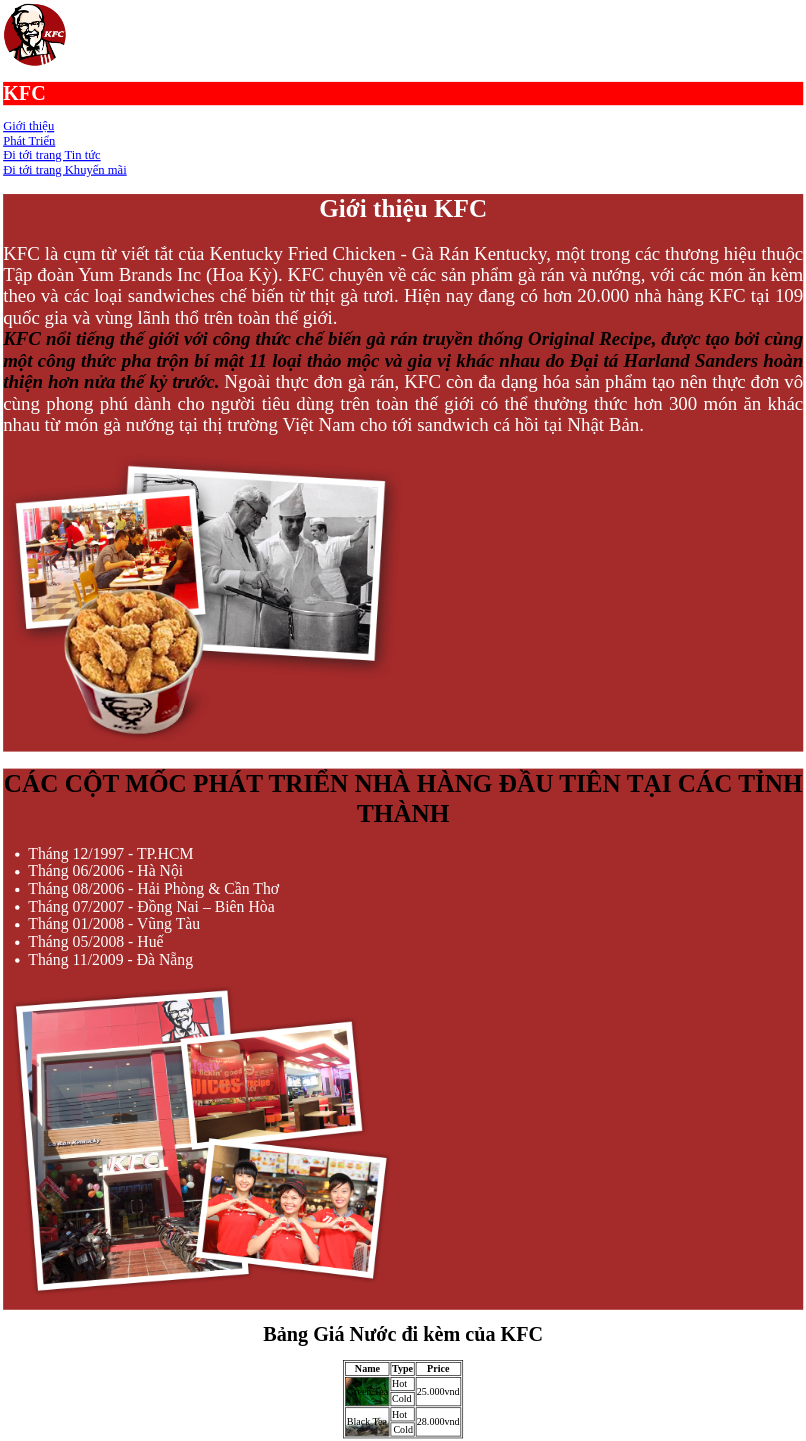
Repository: giahuy405/BC38__-BaiTapHTML_KFC__Pham_Gia_Huy
Page: index.html
These files come from the project's save history. The page is drawn as it stood at one moment and after the next save; the edit follows.
The browser window is 1280 px wide. The pictures show the whole page, at 63% of full size.

Above is the page before, as saved 2022-09-06 20:01:51.

After the next save:
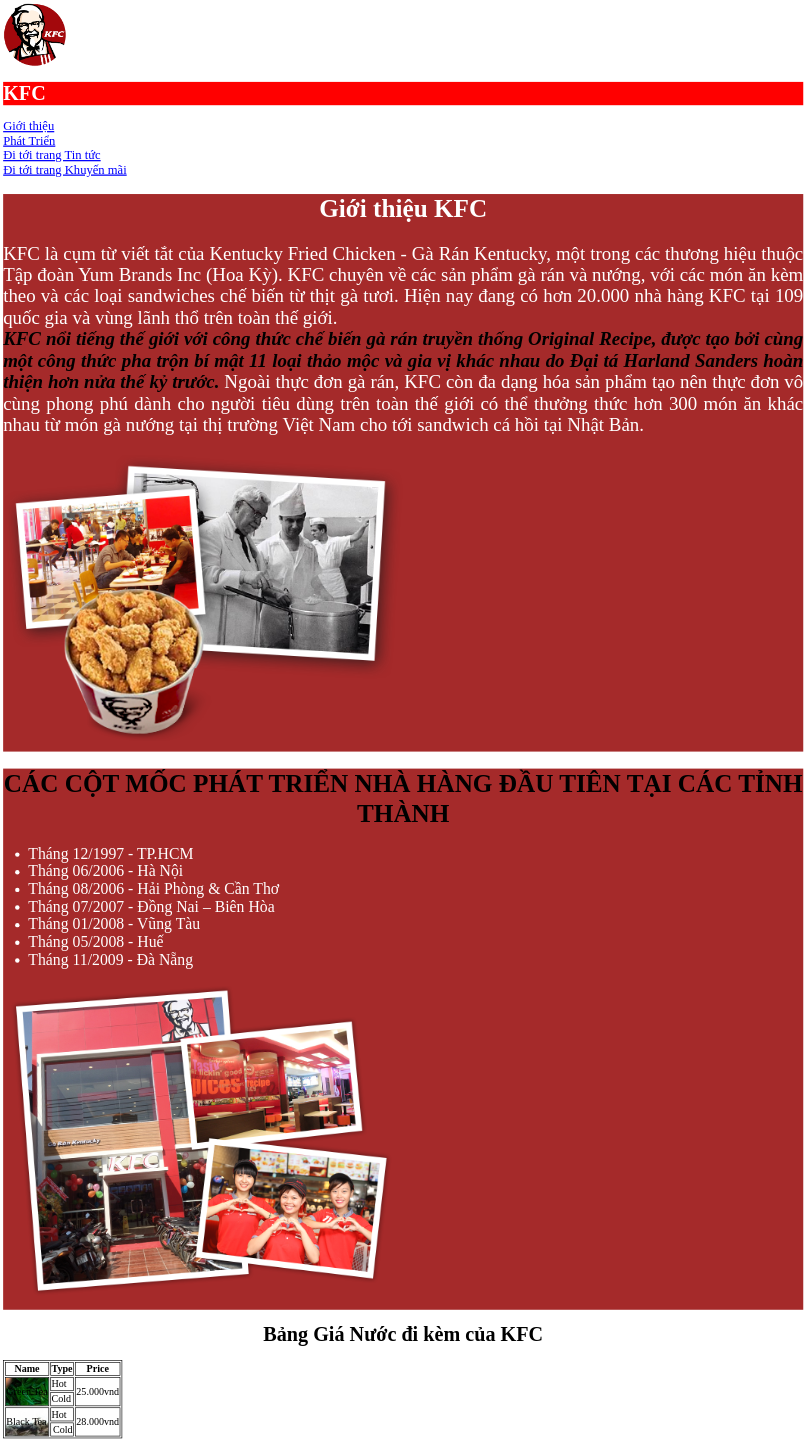
Saved 39 s later.
--- a/css/index.css
+++ b/css/index.css
@@ -52,5 +52,5 @@
     border: 1px solid black;
 }
 .menu-water table{
-    margin: 0 auto;
+    max-width: 600px;
 }
